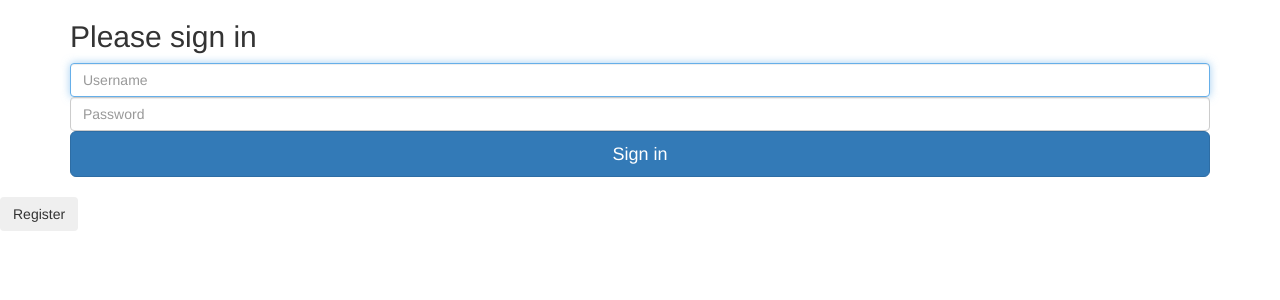
Repository: aaikinsm/FDM-Programs
Page: http://localhost/SoloProject/
The author's editor kept a copy of each file at every save. The page is drawn from the files as they stood at one save, then again after the next save.
The browser window is 1280 px wide. The pictures show the whole page.
The page is served by Tomcat 9. Other server files are loaded and not shown.

Above is the page before, as saved 2017-05-26 17:50:33.

### SoloProject/WebContent/index.jsp
<%@ page language="java" contentType="text/html; charset=ISO-8859-1"
    pageEncoding="ISO-8859-1"%>
<!DOCTYPE html PUBLIC "-//W3C//DTD HTML 4.01 Transitional//EN" "http://www.w3.org/TR/html4/loose.dtd">
<html>
<head>
<meta http-equiv="Content-Type" content="text/html; charset=ISO-8859-1">
<title>Online Exam</title>
</head>
<body>
	<a href="home">Go to home</a>
</body>
</html>

### SoloProject/WebContent/login.jsp
<%@ page language="java" contentType="text/html; charset=ISO-8859-1"
    pageEncoding="ISO-8859-1"%>
<!DOCTYPE html PUBLIC "-//W3C//DTD HTML 4.01 Transitional//EN" "http://www.w3.org/TR/html4/loose.dtd">
<html>
<head>
<meta http-equiv="Content-Type" content="text/html; charset=ISO-8859-1">
<title>Login</title>

<!-- Latest compiled and minified CSS -->
<link rel="stylesheet" href="https://maxcdn.bootstrapcdn.com/bootstrap/3.3.7/css/bootstrap.min.css" integrity="sha384-BVYiiSIFeK1dGmJRAkycuHAHRg32OmUcww7on3RYdg4Va+PmSTsz/K68vbdEjh4u" crossorigin="anonymous">

</head>
<body>
	<!--<h1>Login</h1>
	<h2 class="error" style="color:red">${errorMsg} </h2>
	 <form action="login" method="post">
		username: <input type="text" name="username"><br/>
		password: <input type="password" name="password"><br/>
		<input type="submit" value="login">
	</form>
	<br/> -->

	<div class="container">

      <form class="form-signin" action="login" method="post">
        <h2 class="form-signin-heading">Please sign in</h2>
        <h4 class="error" style="color:red">${errorMsg} </h4>
        <label for="username" class="sr-only">Username</label>
        <input type="text" id="username" name="username" class="form-control" placeholder="Username" required autofocus>
        <label for="inputPassword" class="sr-only">Password</label>
        <input type="password" id="inputPassword" name="password" class="form-control" placeholder="Password" required>
        <button class="btn btn-lg btn-primary btn-block" type="submit">Sign in</button>
      </form>

    </div>
	<br/>
	<button class="btn">Register</button>
</body>
</html>

After the next save:
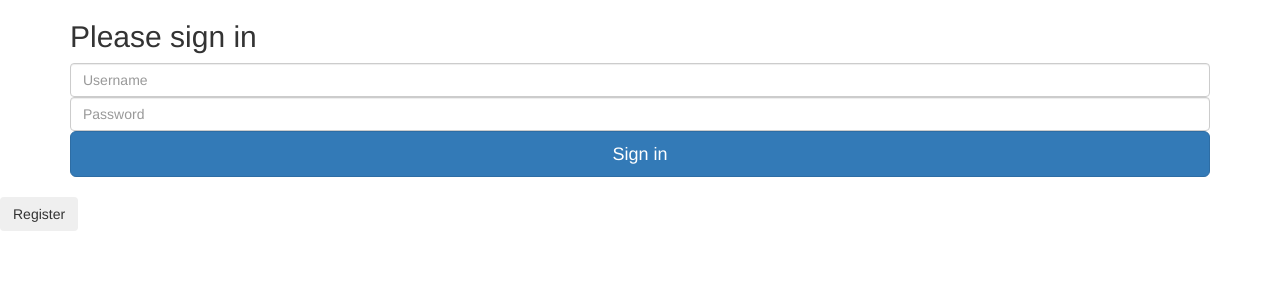
Saved 8 min 58 s later.
--- a/SoloProject/WebContent/login.jsp
+++ b/SoloProject/WebContent/login.jsp
@@ -26,7 +26,7 @@
         <h2 class="form-signin-heading">Please sign in</h2>
         <h4 class="error" style="color:red">${errorMsg} </h4>
         <label for="username" class="sr-only">Username</label>
-        <input type="text" id="username" name="username" class="form-control" placeholder="Username" required autofocus>
+        <input type="text" id="username" name="username" class="form-control" placeholder="Username" required>
         <label for="inputPassword" class="sr-only">Password</label>
         <input type="password" id="inputPassword" name="password" class="form-control" placeholder="Password" required>
         <button class="btn btn-lg btn-primary btn-block" type="submit">Sign in</button>
